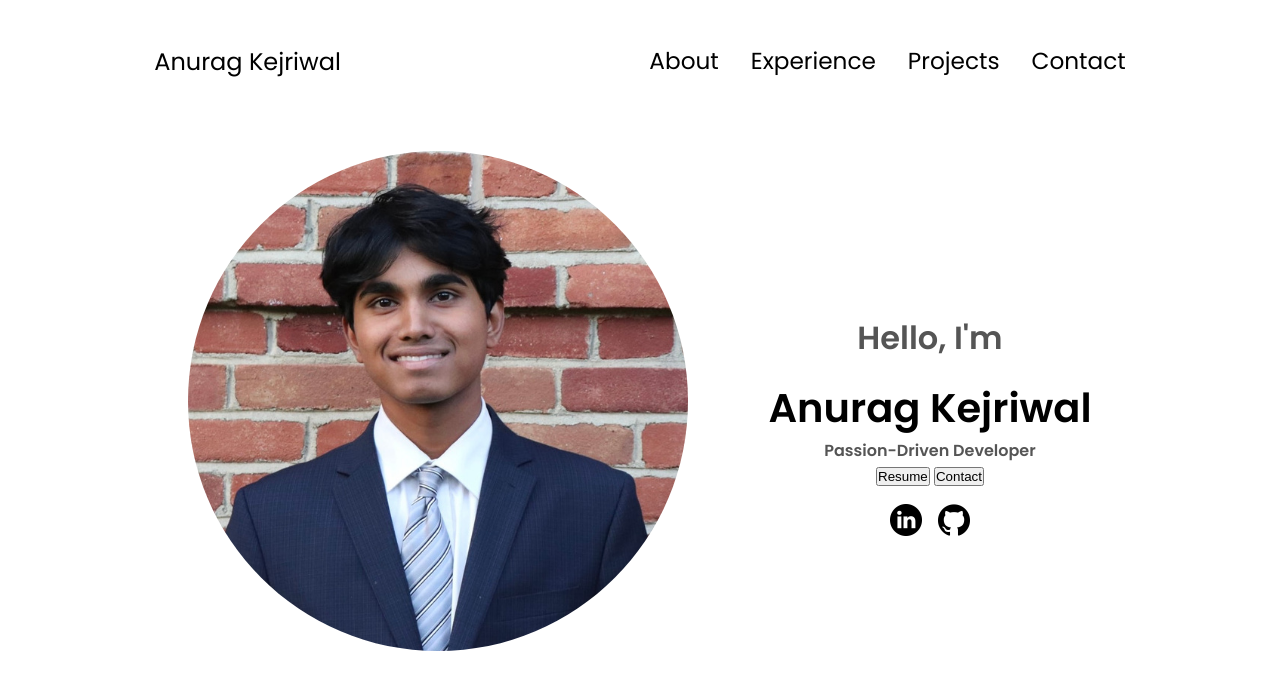
Repository: anuragkej/OldPortfolio
Page: index.html
The author's editor kept a copy of each file at every save. The page is drawn from the files as they stood at one save, then again after the next save.
The browser window is 1280 px wide. The pictures show the whole page.

Above is the page before, as saved 2024-05-25 21:30:51.

### index.html
<!DOCTYPE html>
<html lang="en">
<head>
    <meta charset="UTF-8">
    <meta name="viewport" content="width=device-width, initial-scale=1.0">
    <title>Personal Portfolio</title>
    <link rel="stylesheet" href="style.css">
    <link rel="stylesheet" href="mediaqueries.css">
</head>
<body>
    <nav id="desktop-nav">
        <div class="logo">Anurag Kejriwal</div>
        <div>
            <ul class="nav-links">
                <li><a href="#about">About</a></li>
                <li><a href="#experience">Experience</a></li>
                <li><a href="#projects">Projects</a></li>
                <li><a href="#contact">Contact</a></li>
            </ul>
        </div>
    </nav>
    <nav id="hamburger-nav">
        <div class="logo">Anurag Kejriwal</div>
        <div class="hamburger-menu">
            <div class="hamburger-icon" onclick="toggleMenu()">
                <span></span>
                <span></span>
                <span></span>
            </div>
            <div class="menu-links">
                <li><a href="#about" onclick="toggleMenu()" >About</a></li>
                <li><a href="#experience" onclick="toggleMenu()">Experience</a></li>
                <li><a href="#projects" onclick="toggleMenu()">Projects</a></li>
                <li><a href="#contact" onclick="toggleMenu()">Contact</a></li>
            </div>
        </div>
    </nav>
    <section id="profile">
        <div class="section_pic-container">
            <img src="./assets/anuragprofpic.png" alt="Anurag Kejriwal profile picture">
        </div>
        <div class="section__text">
            <p class="section__text__p1">Hello, I'm</p>
            <h1 class="title">Anurag Kejriwal</h1>
            <p class="section__text__p2">Passion-Driven Developer</p>
            <div class="btn-container">
                <button class="btn btn-color-2"
                onclick="window.open('./assets/AnuragKejriwalResume_2026.pdf')">Resume</button>
                <button class="btn btn-color-1"
                onclick="location.href='./#contact'">Contact</button>
            </div>
            <div id="socials-container">
                <img src="./assets/linkedin.png" alt="My LinkedIn Profile"
                class ="icon" onclick="location.href='https://linkedin.com/in/anuragkejriwal1/'">
                <img src="./assets/github.png" alt="My Github Profile"
                class ="icon" onclick="location.href='https://github.com/anuragkej'">
            </div>
        </div>
    </section>
    <script src="script.js"></script>

</body>
</html>

### style.css
/* General */

@import url('https://fonts.googleapis.com/css2?family=Poppins:wght@300;400;500;600&display=swap');
*{
    margin: 0;
    padding: 0;
}

body{
    font-family: "Poppins", sans-serif;
}

html{
    scroll-behavior: smooth;
}

p{
    color: rgb(85, 85, 85);
}

/* Transition */
/* all the links, with button*/

a,
.btn{
    transition: all 300ms ease;
}

/*Desktop navigation */

nav, .nav-links {
    display: flex;
}

nav{
    justify-content: space-around;
    align-items: center;
    height: 17vh;
}

.nav-links{
    gap: 2rem;
    list-style: none;
    font-size: 1.45rem;
}

a{
    color: black;
    text-decoration: none;
    text-decoration-color: white;

}

a:hover{
    color: grey;
    text-decoration: underline;
    text-underline-offset: 0.7rem;
    text-decoration-color: rgb(181, 181, 181);
}

.logo{
    font-size: 1.5rem
}

.logo:hover{
    cursor:default;
}

/*Hamburger menu */

#hamburger-nav{
    display: none;
}

.hamburger-menu{
    position: relative;
    display: inline-block;
}

.hamburger-icon{
    display: flex;
    flex-direction: column;
    justify-content: space-between;
    height: 24px;
    width: 30px;
    cursor: pointer;
}

.hamburger-icon span{
    width: 100%;
    height: 2px;
    background-color: black;
    transition: all 0.3 ease-in-out;
}

.menu-links{
    position: absolute;
    top: 100%;
    right: 0%;
    background-color: white;
    width: fit-content;
    max-height: 0;
    overflow: hidden;
    transition: all 0.3 ease-in-out;
}

.menu-links a{
    display: block;
    padding: 10px;
    text-align: center;
    font-size: 1.5rem;
    color:black;
    text-decoration: none;
    transition: all 0.3 ease-in-out;

}

.menu-links li{
    list-style: none;
}

.menu-links.open{
    max-height: 300px;
}

.hamburger-icon.open span:first-child{
    transform: rotate(45deg) translate(10px, 5px);
}
.hamburger-icon.open span:nth-child(2){
    opacity: 0;
}
.hamburger-icon.open span:last-child{
    transform: rotate(-45deg) translate(10px, -5px);
}

.hamburger-icon span:first-child{
    transform: none;
}
.hamburger-icon span:first-child{
    opacity: 1;
}
.hamburger-icon span:first-child{
    transform: none;
}

/*Sections*/

section{
    padding-top: 4vh;
    height: 96vh;
    margin: 0 10rem;
    box-sizing: border-box;
    min-height: fit-content;
}

.section-container{
    display: flex;
}

/*Profile Section*/

#profile {
    display: flex;
    justify-content: center;
    gap: 5rem;
    height: 80vh;
}

.section__pic-container{
    display: flex;
    height: 400px;
    width: 400px;
    margin: auto 0;
}

.section__text{
    align-self: center;
    text-align: center;

}

.section__text p{
    font-weight: 600;
}

.section__text__p1{
    text-align: center;
}
.section__text__p1{
    font-size: 2rem;
    margin-bottom: 1rem;
}

.title{
    font-size: 2.5rem;
    text-align: center;
}

#socials-container{
    display: flex;
    justify-content: center;
    margin-top: 1rem;
    gap: 1rem;
}

/*Icon*/

.icon{
    cursor: pointer;
    height: 2rem;
}

### mediaqueries.css
@media screen and (max-width: 1200px) {
    #desktop-nav {
        display: none;
    }
    #hamburger-nav{
        display: flex;
    }
}

### script.js
function toggleMenu(){
    const menu = document.querySelector(".menu-links");
    const icon = document.querySelector(".hamburger-icon");
    menu.classList.toggle("open");
    icon.classList.toggle("open");
}
function toggleMenu(){
    const menu = document.querySelector(".menu-links");
    const icon = document.querySelector(".hamburger-icon");
    menu.classList.toggle("open");
    icon.classList.toggle("open");
}

After the next save:
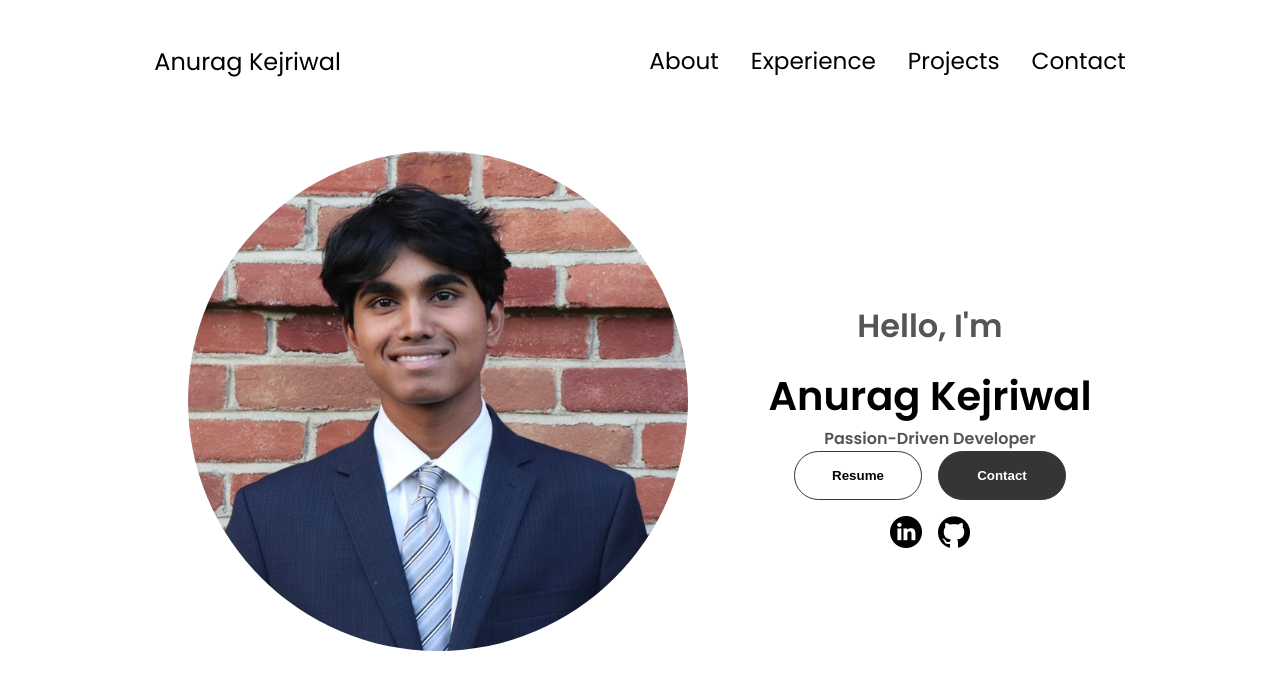
Saved 5 min 17 s later.
--- a/style.css
+++ b/style.css
@@ -209,3 +209,50 @@
     cursor: pointer;
     height: 2rem;
 }
+
+/*Buttons*/
+
+.btn-container{
+    display: flex;
+    justify-content: center;
+    gap: 1rem;
+
+}
+
+.btn{
+    font-weight: 600;
+    transition: all 300ms ease;
+    padding: 1rem;
+    width: 8rem;
+    border-radius: 2rem;
+}
+
+.btn-color-1, .btn-color-2{
+    border: rgb(53,53,53) 0.1rem solid;
+}
+
+.btn-color-1:hover, .btn-color-2:hover{
+    cursor: pointer;
+}
+
+
+.btn-color-1, .btn-color-2:hover{
+    background: rgb(53,53,53);
+    color: white;
+}
+
+.btn-color-1:hover{
+    background: rgb(0,0,0);
+}
+
+.btn-color-2 {
+    background: none;
+}
+
+.btn-color-2:hover{
+    border: rgb(255,255,255) 0.1rem solid;
+}
+
+.btn-container {
+    gap: 1rem;
+}
